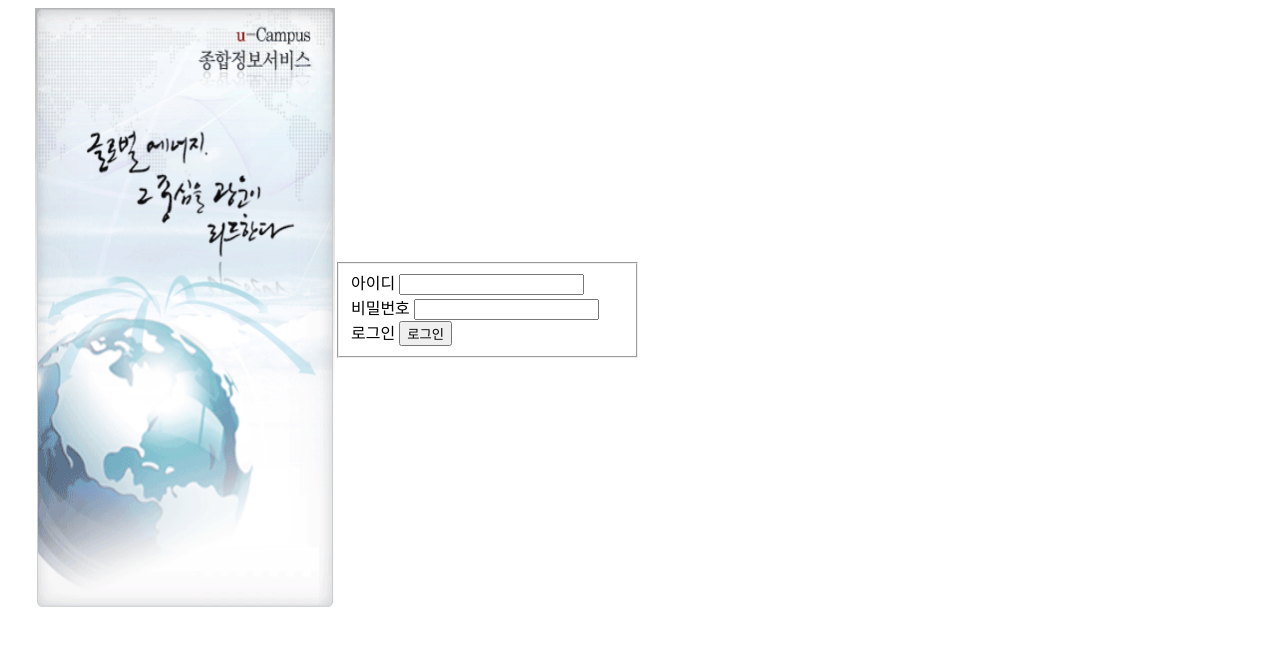
Repository: jungmintaeng/mini-ucampus
Page: ucam/WebContent/Login.html
The author's editor kept a copy of each file at every save. The page is drawn from the files as they stood at one save, then again after the next save.
The browser window is 1280 px wide. The pictures show the whole page.

Above is the page before, as saved 2016-06-11 00:31:55.

After the next save:
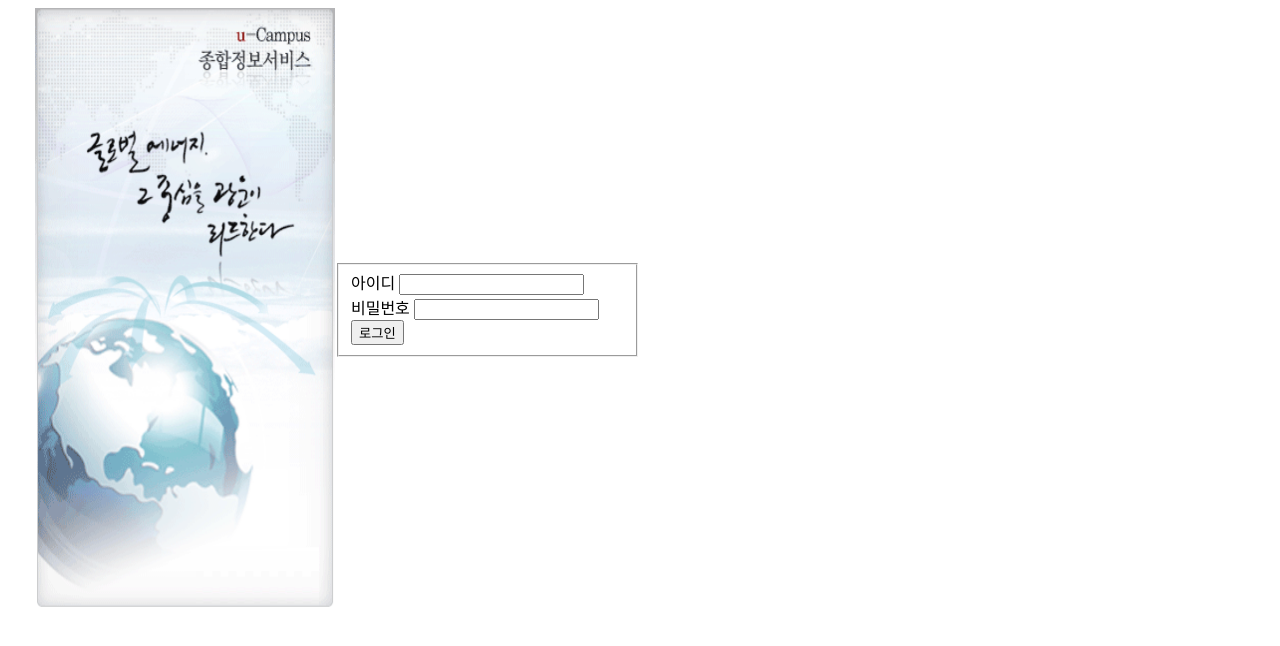
Saved 18 s later.
--- a/ucam/WebContent/Login.html
+++ b/ucam/WebContent/Login.html
@@ -20,7 +20,6 @@
   <label for="pass">비밀번호</label>
    <input type="password" name="pw" title="비밀번호"/>
    <br>
-   <label for="remember"> 로그인</label>
    <input type="submit" value="로그인"/>
  </fieldset>
    </form>
